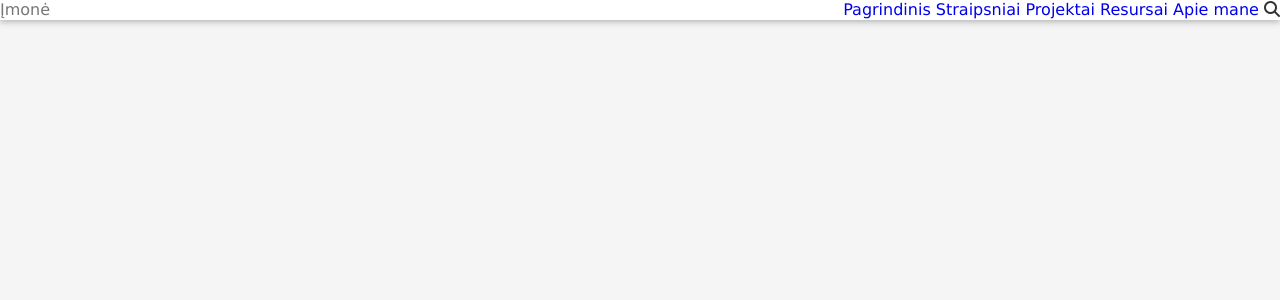
Repository: motiejus1/14-paskaita-05.31
Page: index.html
An editor plug-in stored every save of this project. The page is shown before and after a run of saves, followed by the edit.
The browser window is 1280 px wide. The pictures show the whole page.
Some web libraries are served in a nearby version.

Above is the page before, as saved 2021-06-23 18:52:21.

### index.html
<!DOCTYPE html>
<html lang="en">
<head>
    <meta charset="UTF-8">
    <meta http-equiv="X-UA-Compatible" content="IE=edge">
    <meta name="viewport" content="width=device-width, initial-scale=1.0">
    <title>14 paskaita</title>

    <link rel="stylesheet" href="http://maxcdn.bootstrapcdn.com/font-awesome/latest/css/font-awesome.min.css">
    <style>
        html {
            font-size: 16px;
        }

        body {
            max-width: 1920px;
            margin: 0 auto;
            font-family: Verdana, Arial, sans-serif;
            line-height: 1.25rem;
            color:#333;
            background-color: #f5f5f5;
        }

        .container {
            width: 100%;
            margin: auto;
        }

        a {
            text-decoration: none;
            transition: all 0.3s ease;
        }

        .area {
            display: flex;
            /* flex-direction:row; */
            /* flex-wrap: wrap; */

            flex-flow: row wrap;
            align-items: stretch;
            justify-content: space-between;
            margin-left: auto;
        }

        .navbar-component {
            background-color: white;
            box-shadow: 0 2px 5px rgba(0,0,0,0.16), 0 2px 10px rgba(0,0,0,0.12);
        }

        .brand {
            display:block;
            font-size: 1rem;
            color: #777;
            margin:
        }


    </style>
</head>
<body>
    <div class="container">
        <div class="navbar-component">
            <div class="navbar area">
                <a href="#" class="brand">Įmonė</a>

                <nav id="navigation" class="list">
                    <a href="#" class="item -link">Pagrindinis</a>
                    <a href="#" class="item -link" >Straipsniai</a>
                    <a href="#" class="item -link">Projektai</a>
                    <a href="#"class="item -link">Resursai</a>
                    <a href="#" class="item -link">Apie mane</a>
                    <span class="item">
                        <i class="fa fa-search"></i>
                    </span>
                </nav>

            </div>

        </div>
    </div>

</body>
</html>

After the next 3 saves:
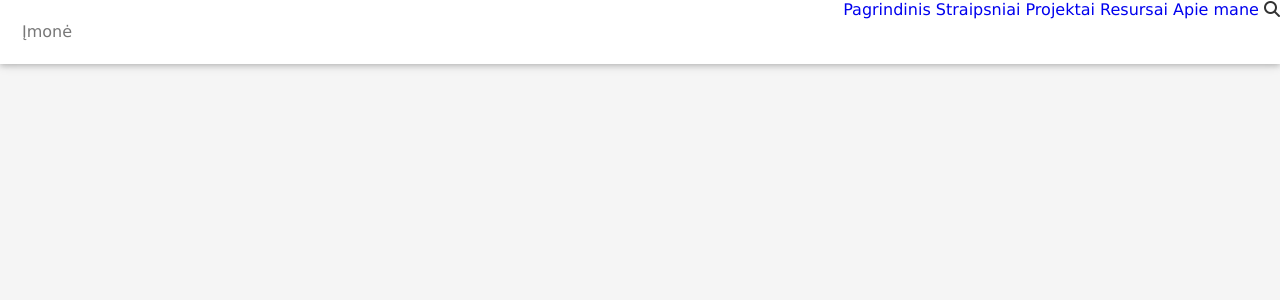
The 3 saves are shown as one change because they came seconds apart.
The last was saved 12 s later.
--- a/index.html
+++ b/index.html
@@ -51,7 +51,7 @@
             display:block;
             font-size: 1rem;
             color: #777;
-            margin:
+            margin: 1.375rem;
         }
 
 
